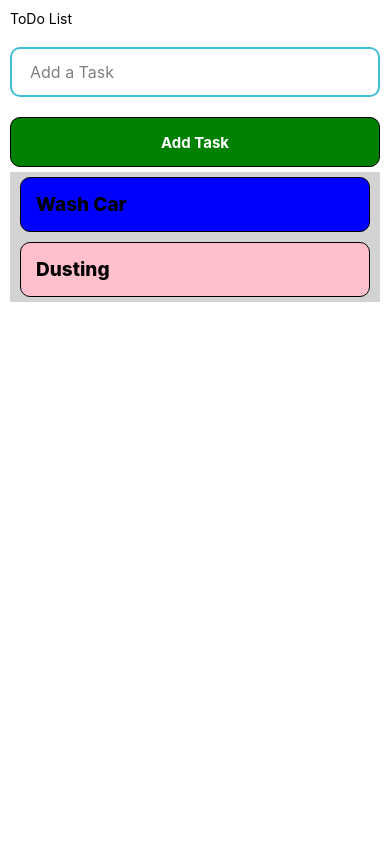
Repository: raisingh22/Projects
Screen: /
An editor plug-in stored every save of this project. The screen is shown before and after the next save, followed by the edit.
The app was drawn by React Native's web renderer in a window 390 px wide. The project was rebuilt for these pictures with package versions that can differ from the ones it lists, and the page was loaded fresh each time.

Above is the screen before, as saved 2024-01-21 19:20:22.

After the next save:
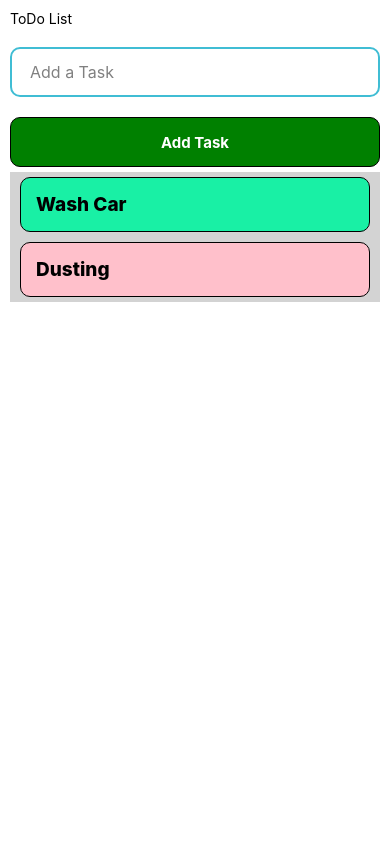
Saved 2 min 33 s later.
--- a/src/ToDoList/screens/ToDo.js
+++ b/src/ToDoList/screens/ToDo.js
@@ -42,7 +42,7 @@ const ToDo = () => {
               flexDirection: 'row',
               justifyContent: 'space-between',
               alignItems: 'center',
-              backgroundColor:  index % 2 === 0 ? 'blue' :  'pink',
+              backgroundColor:  index % 2 === 0 ? '#19f0a5' :  'pink',
               padding: 15,
               borderWidth: 1,
               marginVertical: 5,
